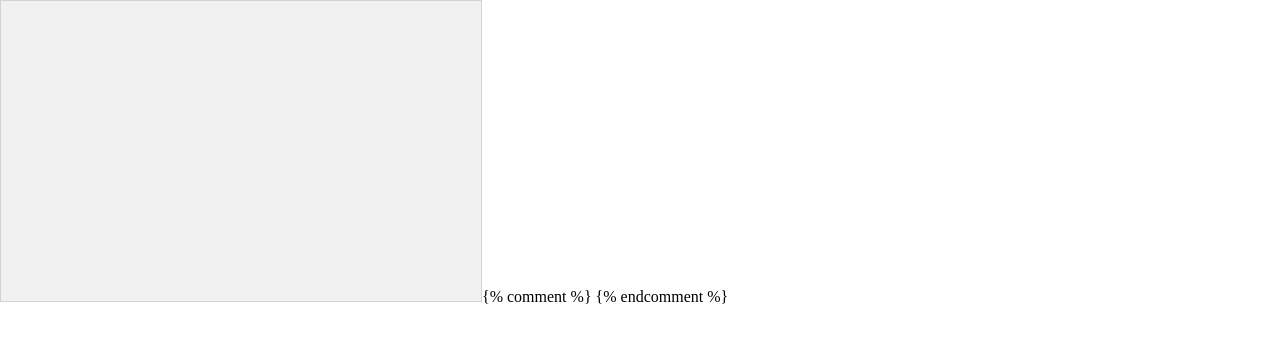
Repository: Littikrai/getF
Page: main.html
The author's editor kept a copy of each file at every save. The page is drawn from the files as they stood at one save, then again after the next save.
The browser window is 1280 px wide. The pictures show the whole page.

Above is the page before, as saved 2019-03-12 19:36:21.

### main.html
<!DOCTYPE html>
<html>
<head>
    <meta charset="utf-8">
    <meta http-equiv="X-UA-Compatible" content="IE=edge">
    <title>Page Title</title>
    <meta name="viewport" content="width=device-width, initial-scale=1">
    <link rel="stylesheet" type="text/css" media="screen" href="main.css">
    {% comment %} <script src="main.js">

    </script> {% endcomment %}
</head>
<body onload="startGame()">
   <script>
   var myGamePiece;

function startGame() {
    myGamePiece = new component(30, 30, "red", 80, 75);
    myGameArea.start();
}

var myGameArea = {

    canvas : document.createElement("canvas"),
    start : function() {
        this.canvas.width = 480;
        this.canvas.height = 300;
        this.context = this.canvas.getContext("2d");
        document.body.insertBefore(this.canvas, document.body.childNodes[0]);
        this.interval = setInterval(updateGameArea, 20);
    },
    stop : function() {
        clearInterval(this.interval);
    },
    clear : function() {
        this.context.clearRect(0, 0, this.canvas.width, this.canvas.height);
    }
}

function component(width, height, color, x, y, type) {
    this.type = type;
    this.width = width;
    this.height = height;
    this.x = x;
    this.y = y;
    this.speedX = 0;
    this.speedY = 0;
    this.gravity = 100;
    this.gravitySpeed = 0;
    this.update = function() {
        ctx = myGameArea.context;
        ctx.fillStyle = color;
        ctx.fillRect(this.x, this.y, this.width, this.height);
    }
    this.newPos = function() {
        this.gravitySpeed += this.gravity;
        this.x += this.speedX;
        this.y += this.speedY + this.gravitySpeed;
    }
}

function updateGameArea() {
    myGameArea.clear();
    myGamePiece.newPos();
    myGamePiece.update();
}
   </script>
</body>
</html>

### main.css
button{
    display: block;
    margin:0 auto;
    justify-content: center;
}
html, body {
    width:  100vw;
    height: 100vh;
    margin: 0;
  }
  canvas {
    border:1px solid #d3d3d3;
    background-color: #f1f1f1;
}

### main.js
var myGamePiece;

function startGame() {
    myGamePiece = new component(30, 30, "red", 80, 75);
    myGameArea.start();
}

var myGameArea = {

    canvas : document.createElement("canvas"),
    start : function() {
        this.canvas.width = 480;
        this.canvas.height = 300;
        this.context = this.canvas.getContext("2d");
        document.body.insertBefore(this.canvas, document.body.childNodes[0]);
        this.interval = setInterval(updateGameArea, 20);
    },
    stop : function() {
        clearInterval(this.interval);
    },
    clear : function() {
        this.context.clearRect(0, 0, this.canvas.width, this.canvas.height);
    }
}

function component(width, height, color, x, y, type) {
    this.type = type;
    this.width = width;
    this.height = height;
    this.x = x;
    this.y = y;
    this.speedX = 0;
    this.speedY = 0;
    this.gravity = 100;
    this.gravitySpeed = 0;
    this.update = function() {
        ctx = myGameArea.context;
        ctx.fillStyle = color;
        ctx.fillRect(this.x, this.y, this.width, this.height);
    }
    this.newPos = function() {
        this.gravitySpeed += this.gravity;
        this.x += this.speedX;
        this.y += this.speedY + this.gravitySpeed;
    }
}

function updateGameArea() {
    myGameArea.clear();
    myGamePiece.newPos();
    myGamePiece.update();
}

After the next save:
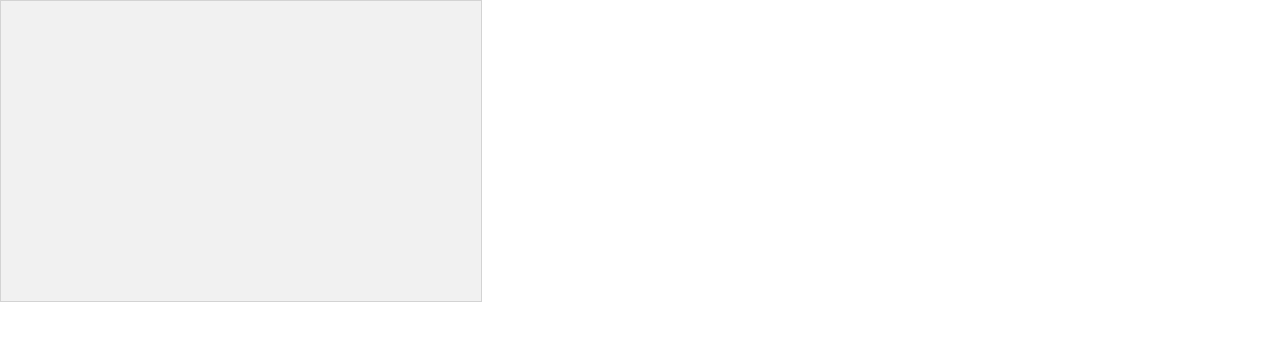
Saved 14 s later.
--- a/main.html
+++ b/main.html
@@ -6,9 +6,7 @@
     <title>Page Title</title>
     <meta name="viewport" content="width=device-width, initial-scale=1">
     <link rel="stylesheet" type="text/css" media="screen" href="main.css">
-    {% comment %} <script src="main.js">
 
-    </script> {% endcomment %}
 </head>
 <body onload="startGame()">
    <script>
